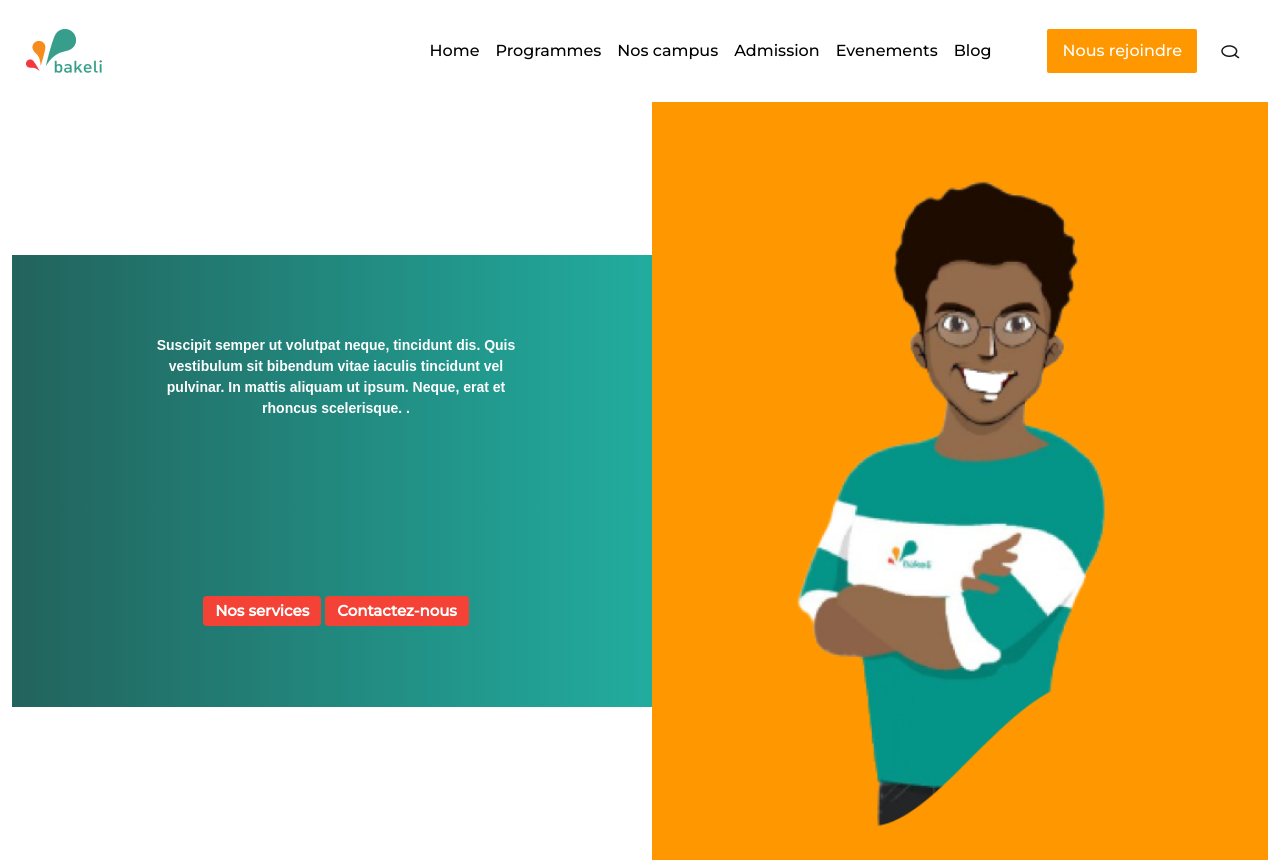
Repository: wadelfadill/tache_6_validation_prototype_bootstrap
Page: index.html
An editor plug-in stored every save of this project. The page is shown before and after the next save, followed by the edit.
The browser window is 1280 px wide. The pictures show the whole page.
Some web libraries are served in a nearby version.

Above is the page before, as saved 2023-04-24 12:09:07.

After the next save:
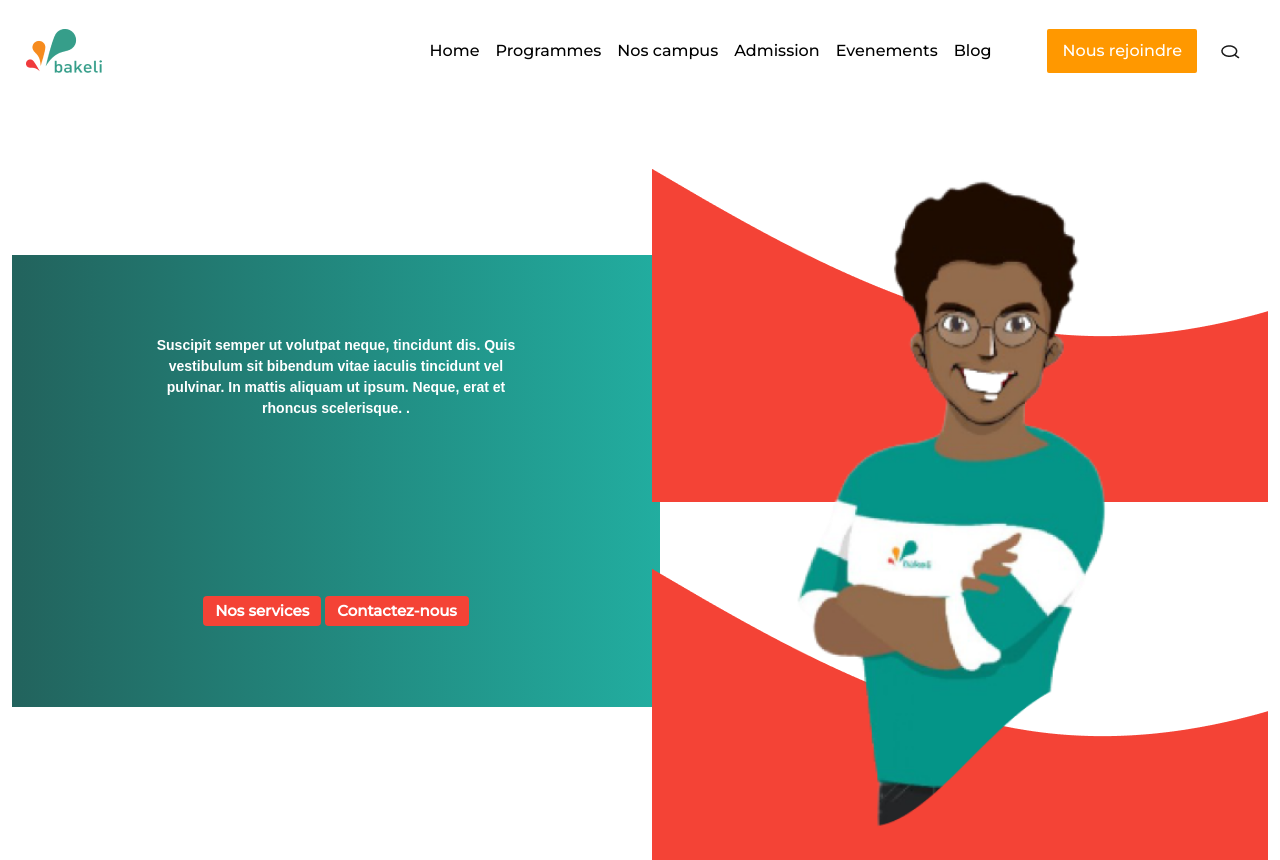
Saved 7 min 5 s later.
--- a/style.css
+++ b/style.css
@@ -84,5 +84,5 @@
     line-height: 18px;
 }
 .profile{
-    background: var(--bg-orange);
+    background-image: url("image/Vector.png");
 }
